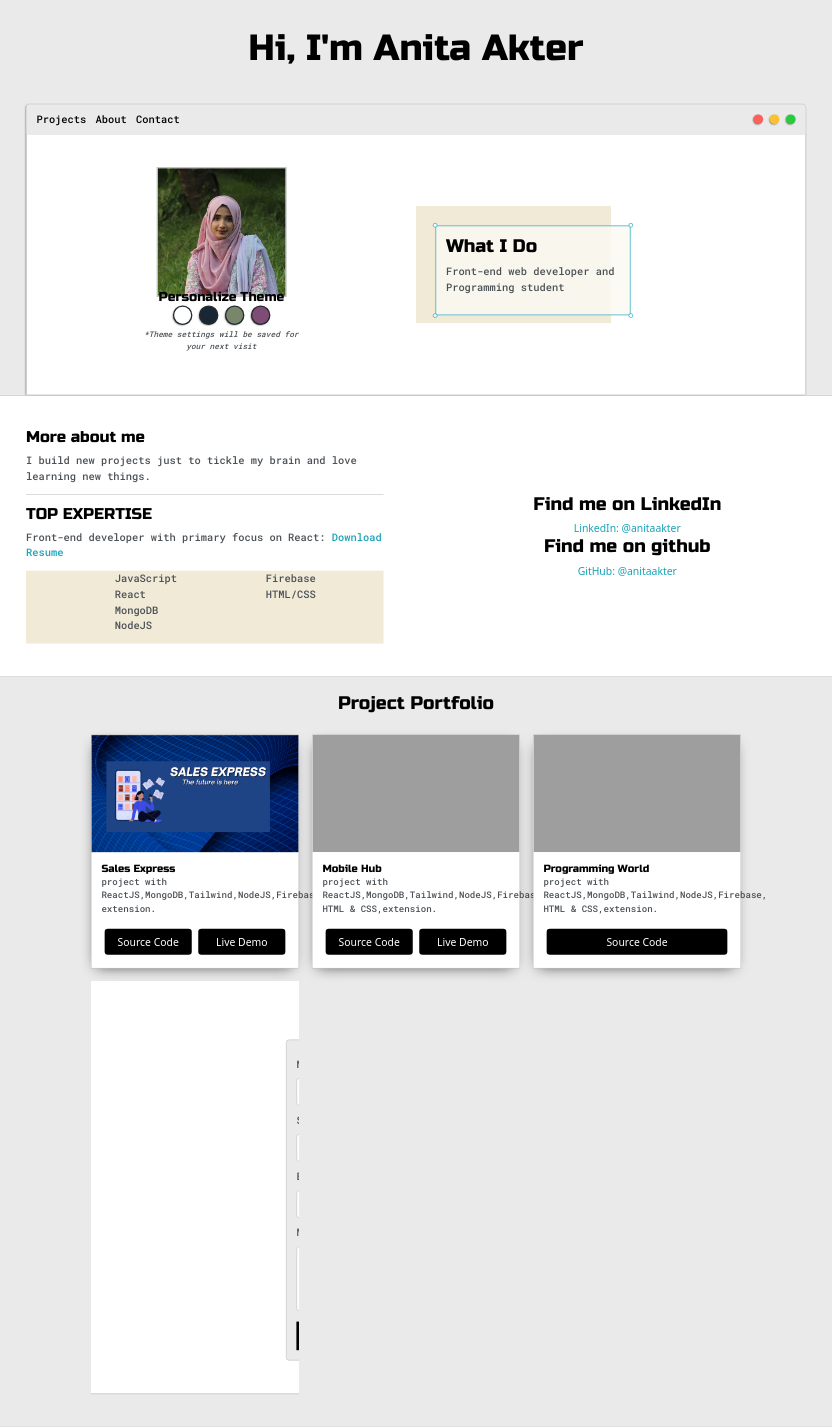
Repository: AnitaAkter/My_portfolio
Page: index.html
These files come from the project's save history. The page is drawn as it stood at one moment and after the next save; the edit follows.
The browser window is 1280 px wide. The pictures show the whole page, at 65% of full size.
Pictures or frames that could not be fetched are drawn as grey boxes.

Above is the page before, as saved 2022-12-10 14:25:46.

### index.html
<!DOCTYPE html>
<html>

<head>
	<title>Anita Akter</title>

	<meta name="viewport" content="width=device-width, initial-scale=1, maximum-scale=1, minimum-scale=1" />

	<link href="https://fonts.googleapis.com/css2?family=Russo+One&display=swap" rel="stylesheet">

	<link href="https://fonts.googleapis.com/css2?family=Roboto+Mono:wght@500&family=Russo+One&display=swap"
		rel="stylesheet">

	<link href="https://cdn.jsdelivr.net/npm/bootstrap@5.0.0-beta1/dist/css/bootstrap.min.css" rel="stylesheet"
		integrity="sha384-giJF6kkoqNQ00vy+HMDP7azOuL0xtbfIcaT9wjKHr8RbDVddVHyTfAAsrekwKmP1" crossorigin="anonymous">

	<link rel="stylesheet" type="text/css" href="default.css">

	<link id="theme-style" rel="stylesheet" type="text/css" href="">
</head>

<body>

	<!-- Landing section -->

	<section class="s1">
		<div class="main-container">
			<div class="greeting-wrapper">
				<h1>Hi, I'm Anita Akter</h1>
			</div>

			<div class="intro-wrapper">
				<div class="nav-wrapper">

					<!-- Link around dots-wrapper added after tutorial video -->
					<ul id="navigation">
						<li><a href="index.html#portfolio">Projects</a></li>
						<li><a href="index.html#aboutme">About</a></li>
						<li><a href="index.html#contact">Contact</a></li>
					</ul>
					<a href="index.html">
						<div class="dots-wrapper">
							<div id="dot-1" class="browser-dot"></div>
							<div id="dot-2" class="browser-dot"></div>
							<div id="dot-3" class="browser-dot"></div>
						</div>
					</a>


				</div>

				<div class="left-column">
					<img id="profile_pic" src="images/img-1.jpg">
					<h5 style="text-align: center;line-height: 0;">Personalize Theme</h5>

					<div id="theme-options-wrapper">
						<div data-mode="light" id="light-mode" class="theme-dot"></div>
						<div data-mode="blue" id="blue-mode" class="theme-dot"></div>
						<div data-mode="green" id="green-mode" class="theme-dot"></div>
						<div data-mode="purple" id="purple-mode" class="theme-dot"></div>
					</div>

					<p id="settings-note">*Theme settings will be saved for<br>your next visit</p>
				</div>

				<div class="right-column">

					<div id="preview-shadow">
						<div id="preview">
							<div id="corner-tl" class="corner"></div>
							<div id="corner-tr" class="corner"></div>
							<h3>What I Do</h3>
							<p>Front-end web developer and Programming student</p>
							<div id="corner-br" class="corner"></div>
							<div id="corner-bl" class="corner"></div>
						</div>
					</div>
				</div>
			</div>
		</div>
	</section>

	<!-- About me section -->

	<section class="s2">
		<div class="main-container" id="aboutme">

			<div class="about-wrapper">
				<div class="about-me">
					<h4>More about me</h4>

					<p>I build new projects just to tickle my brain and love learning new things.</p>


					<hr>

					<h4>TOP EXPERTISE</h4>

					<p>Front-end developer with primary focus on React: <a target="_blank"
							href="Anita Akter-Resume.pdf">Download Resume</a></p>

					<div id="skills">
						<ul>
							<li>JavaScript</li>
							<li>React</li>

							<li>MongoDB</li>
							<li>NodeJS</li>

						</ul>

						<ul>
							<li>Firebase</li>

							<li>HTML/CSS</li>

						</ul>

					</div>

				</div>

				<div class="social-links">
					<h3>Find me on LinkedIn</h3>
					<a target="_blank" href="https://www.linkedin.com/in/anita-02-akter/">LinkedIn: @anitaakter</a>
					<h3>Find me on github</h3>
					<a target="_blank" href="https://github.com/AnitaAkter">GitHub: @anitaakter</a>
				</div>
			</div>

		</div>
	</section>

	<!-- project portfolio section starts Here -->

	<section class="s1">
		<div class="main-container" id="portfolio">
			<br>
			<h3 style="text-align: center;">Project Portfolio</h3>
			<br>
			<div class="post-wrapper">

				<!-- Project: 1 -->

				<div>
					<div class="post">
						<img class="thumbnail" src="images/p-1.gif">
						<div class="post-preview">
							<h6 class="post-title">Sales Express</h6>
							<p class="post-intro"> project with ReactJS,MongoDB,Tailwind,NodeJS,Firebase
								extension.</p>
							<div class="btn-group d-flex" role="group">
								<a target="_blank" href="https://github.com/AnitaAkter/Used_Products_resale_client"
									class="sourceCode-btn w-100">Source Code</a>
								<a target="_blank" href="https://sales-express-ed5f6.web.app/"
									class="sourceCode-btn w-100">Live Demo</a>
							</div>
						</div>
					</div>
				</div>

				<!-- Project: 2 -->

				<div>
					<div class="post">
						<img class="thumbnail" src="images/github_finder.jpg">
						<div class="post-preview">
							<h6 class="post-title">Mobile Hub</h6>
							<p class="post-intro">project with ReactJS,MongoDB,Tailwind,NodeJS,Firebase,
								HTML & CSS,extension.
							</p>
							<div class="btn-group d-flex" role="group">
								<a target="_blank" href="https://github.com/AnitaAkter/Review_site_client"
									class="sourceCode-btn w-100">Source
									Code</a>
								<a target="_blank" href="https://assignment-11-final-49f20.web.app/"
									class="sourceCode-btn w-100">Live Demo</a>
							</div>
						</div>
					</div>
				</div>

				<!-- Project: 3 -->

				<div>
					<div class="post">
						<img class="thumbnail" src="images/camagru.webp">
						<div class="post-preview">
							<h6 class="post-title">Programming World</h6>
							<p class="post-intro">project with ReactJS,MongoDB,Tailwind,NodeJS,Firebase,
								HTML & CSS,extension.</p>
							<div class="btn-group d-flex" role="group">
								<a target="_blank" href="https://github.com/AnitaAkter/Learning-platform_client"
									class="sourceCode-btn w-100">Source
									Code</a>
							</div>
						</div>
					</div>
				</div>



				<section class="s2">
					<div class="main-container">
						<a href=""></a>
						<br>
						<h3 style="text-align: center;">Get In Touch</h3>
						<br>
						<form id="contact-form">
							<a name="contact"></a>

							<label>Name</label>
							<input class="input-field" type="text" name="name">

							<label>Subject</label>
							<input class="input-field" type="text" name="subject">

							<label>Email</label>
							<input class="input-field" type="text" name="email">

							<label>Message</label>
							<textarea class="input-field" name="message"></textarea>

							<input id="submit-btn" type="submit" value="Send">
						</form>
					</div>
				</section>

				<script type="text/javascript" src="script.js"></script>
</body>

</html>

### default.css
:root{
	--mainColor:#eaeaea;
	--secondaryColor:#fff;

	--borderColor:#c1c1c1;

	--mainText:black;
	--secondaryText:#4b5156;

	--themeDotBorder:#24292e;

	--previewBg:rgb(251, 249, 243, 0.8);
	--previewShadow:#f0ead6;


	--buttonColor:black;


}


html, body{
	padding: 0;
	margin: 0;
	scroll-behavior: smooth;
}

body *{
	transition: 0.3s;
}


h1, h2, h3, h4, h5, h6, strong{
	color: var(--mainText);
	font-family: 'Russo One', sans-serif;
	font-weight: 500;
}

p, li, span, label, input, textarea{
	color: var(--secondaryText);
	font-family: 'Roboto Mono', monospace;
}

a{
	text-decoration: none;
	color:#17a2b8;
}

ul{
	list-style: none;
}

h1 { font-size: 56px;}
h2 { font-size: 36px;}
h3 { font-size: 28px;}
h4 { font-size: 24px;}
h5 { font-size: 20px;}
h6 { font-size: 16px;}


.s1{
	background-color: var(--mainColor);
	border-bottom:1px solid var(--borderColor);
	overflow:auto;
}

.s2{
	background-color: var(--secondaryColor);
	border-bottom:1px solid var(--borderColor);
	overflow:auto;
}




.main-container{
	width: 1200px;
	margin: 0 auto;
}


.greeting-wrapper{
	display: grid;
	text-align: center;
	align-content: center;
	min-height: 10em;

}

.intro-wrapper{
	background-color: var(--secondaryColor);
	border:1px solid var(--borderColor);
	border-radius:5px 5px 0 0;


	-webkit-box-shadow: -1px 1px 3px -1px rgba(0,0,0,0.75);
	-moz-box-shadow: -1px 1px 3px -1px rgba(0,0,0,0.75);
	box-shadow: -1px 1px 3px -1px rgba(0,0,0,0.75);

	display: grid;
	grid-template-columns: 1fr 1fr;
	grid-template-areas:
		'nav-wrapper nav-wrapper'
		'left-column right-column'
	;
}


.nav-wrapper{
	border-radius:5px 5px 0 0;
	grid-area:nav-wrapper;
	border-bottom: 1px solid var(--borderColor);
	display: flex;
	justify-content: space-between;
	align-items: center;
	background-color: var(--mainColor);
}

#navigation a{
	color:var(--mainText);
}


#navigation{
	margin:0;
	padding: 10px;
}

#navigation li{
	display: inline-block;
	margin-right: 5px;
	margin-left:5px;
}

.dots-wrapper{
	display: flex;
	padding: 10px;
}

#dot-1{
	background-color:  #FC6058;
}

#dot-2{
	background-color:  #FEC02F;
}

#dot-3{
	background-color:  #2ACA3E;
}

.browser-dot{
	background-color: black;
	height: 15px;
	width: 15px;
	border-radius: 50%;
	margin: 5px;

	-webkit-box-shadow: -1px 1px 3px -1px rgba(0,0,0,0.75);
	-moz-box-shadow: -1px 1px 3px -1px rgba(0,0,0,0.75);
	box-shadow: -1px 1px 3px -1px rgba(0,0,0,0.75);

}


.left-column{
	grid-area: left-column;
	padding-top:50px;
	padding-bottom: 50px;
}

#profile_pic{
	display: block;
	margin:0 auto;

	height: 200px;
	width: 200px;
	object-fit: cover;
	border:2px solid var(--borderColor);
}


#theme-options-wrapper{
	display: flex;
	justify-content: center;
}

.theme-dot{
	height: 30px;
	width: 30px;
	background-color: black;
	border-radius: 50%;

	margin: 5px;
	border:2px solid var(--themeDotBorder);

	-webkit-box-shadow: -1px 1px 3px -1px rgba(0,0,0,0.75);
	-moz-box-shadow: -1px 1px 3px -1px rgba(0,0,0,0.75);
	box-shadow: -1px 1px 3px -1px rgba(0,0,0,0.75);

	cursor: pointer;
}


.theme-dot:hover{
	border-width: 5px;
}


#light-mode{
	background-color: #fff;
}

#blue-mode{
	background-color: #192734;
}

#green-mode{
	background-color: #78866b;
}

#purple-mode{
	background-color: #7E4C74;
}

#settings-note{
	font-size: 12px;
	font-style: italic;
	text-align: center;
}

.right-column{
	grid-area: right-column;
	display: grid;
	align-content: center;

	padding-top: 50px;
	padding-bottom: 50px;
}


#preview-shadow{
	background-color: var(--previewShadow);
	max-width: 300px;
	height: 180px;
	padding-left: 30px;
	padding-top: 30px;
}

#preview{
	width: 300px;
	border:1.5px solid #17a2b8;
	background-color: var(--previewBg);
	padding:15px;
	position: relative;
}

.corner{
	width:7px;
	height: 7px;
	border-radius: 50%;
	border:1.5px solid #17a2b8;
	background-color: #fff;
	position: absolute;
}

#corner-tl{
	top:-5px;
	left: -5px
}

#corner-tr{
	top:-5px;
	right: -5px
}


#corner-br{
	bottom:-5px;
	right: -5px
}


#corner-bl{
	bottom:-5px;
	left: -5px
}

.about-wrapper{
	display: grid;
	grid-template-columns: repeat(auto-fit, minmax(320px, 1fr));
	padding-bottom: 50px;
	padding-top: 50px;
	gap:100px;
}


#skills{
	display: flex;
	justify-content: space-evenly;
	background-color: var(--previewShadow);
}

.social-links{
	display: grid;
	align-content: center;
	text-align: center;
}

#social_img{
	width: 100%;
}


.post-wrapper{
	display: grid;
	grid-template-columns: repeat(auto-fit, 320px);
	gap:20px;
	justify-content: center;
	padding-bottom: 50px;
}

.post{
	border:1px solid var(--borderColor);
	-webkit-box-shadow: -2px 7px 21px -9px rgba(0,0,0,0.75);
	-moz-box-shadow: -2px 7px 21px -9px rgba(0,0,0,0.75);
	box-shadow: -2px 7px 21px -9px rgba(0,0,0,0.75);
}

.thumbnail{
	display: block;
	width: 100%;
	height:180px;
	object-fit: cover;
}

.post-preview{
	background-color: #fff;
	padding:15px;
}

.post-title{
	color:black;
	margin: 0;
}

.post-intro{
	color:#4b5156;
	font-size: 14px;
}


#contact-form{
	display: block;
	max-width: 600px;
	margin: 0 auto;
	border: 1px solid var(--borderColor);
	padding: 15px;
	border-radius: 5px;
	background-color: var(--mainColor);
	margin-bottom: 50px;

}

#contact-form label{
	line-height: 2.7em;
}

#contact-form textarea{
	min-height: 100px;
	font-size: 14px;
}


.input-field{
	width: 100%;
	padding-top: 10px;
	padding-bottom:10px;
	background-color: var(--secondaryColor);
	border-radius: 5px;
	border:1px solid var(--borderColor);
	font-size: 14px;
}


#submit-btn{
	margin-top: 10px;
	width: 100%;
	padding-top: 10px;
	padding-bottom:10px;
	color: #fff;
	background-color: var(--buttonColor);
	border:none;
}


@media screen and (max-width: 1200px){
	.main-container{
		width: 95%;
	}
}

@media screen and (max-width: 800px){
	.intro-wrapper{
		grid-template-columns: 1fr;
		grid-template-areas:
			'nav-wrapper'
			'left-column'
			'right-column'
		;
	}

	.right-column{
		justify-content: center;
	}

}

@media screen and (max-width: 400px){
	#preview-shadow{
		max-width: 280px;
		height: 180px;
		padding-left: 10px;
		padding-top: 10px;
	}

	#preview{
		width: 280px;

	}

}

.sourceCode-btn{
	width: 100%;
	padding-top: 8px;
	padding-bottom:8px;
	color: #fff;
	background-color: var(--buttonColor);
	border:none;
	text-align: center;
	border-radius: 5px;
	margin: 5px;
}

### script.js
console.log('Its working')

let theme = localStorage.getItem('theme')

if(theme == null){
	setTheme('light')
}else{
	setTheme(theme)
}

let themeDots = document.getElementsByClassName('theme-dot')


for (var i=0; themeDots.length > i; i++){
	themeDots[i].addEventListener('click', function(){
		let mode = this.dataset.mode
		console.log('Option clicked:', mode)
		setTheme(mode)
	})
}

function setTheme(mode){
	if(mode == 'light'){
		document.getElementById('theme-style').href = 'default.css'
	}

	if(mode == 'blue'){
		document.getElementById('theme-style').href = 'blue.css'
	}

	if(mode == 'green'){
		document.getElementById('theme-style').href = 'green.css'
	}

	if(mode == 'purple'){
		document.getElementById('theme-style').href = 'purple.css'
	}

	localStorage.setItem('theme', mode)
}

After the next save:
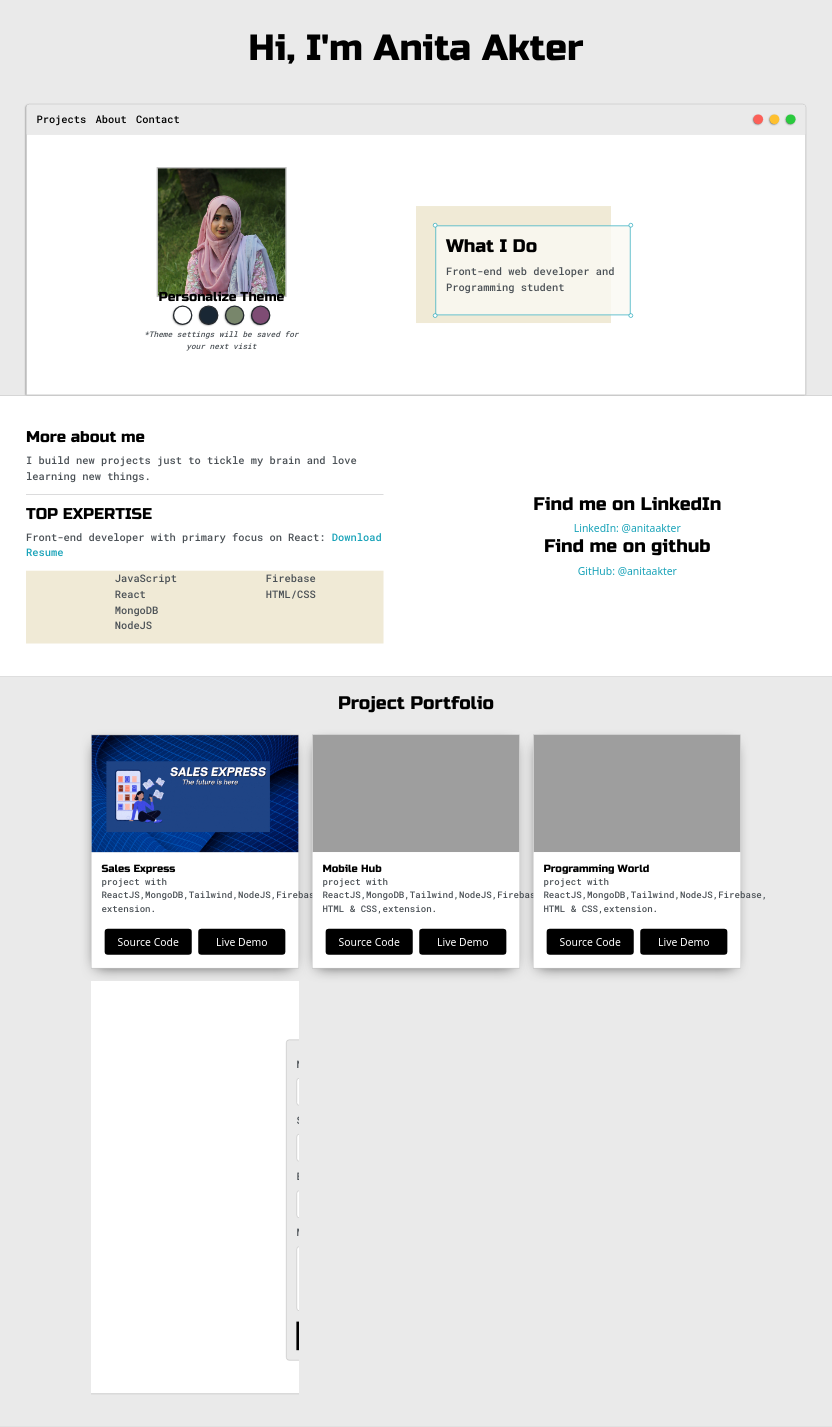
Saved 7 s later.
--- a/index.html
+++ b/index.html
@@ -193,6 +193,8 @@
 								<a target="_blank" href="https://github.com/AnitaAkter/Learning-platform_client"
 									class="sourceCode-btn w-100">Source
 									Code</a>
+									<a target="_blank" href="https://assignment-11-final-49f20.web.app/"
+									class="sourceCode-btn w-100">Live Demo</a>
 							</div>
 						</div>
 					</div>
